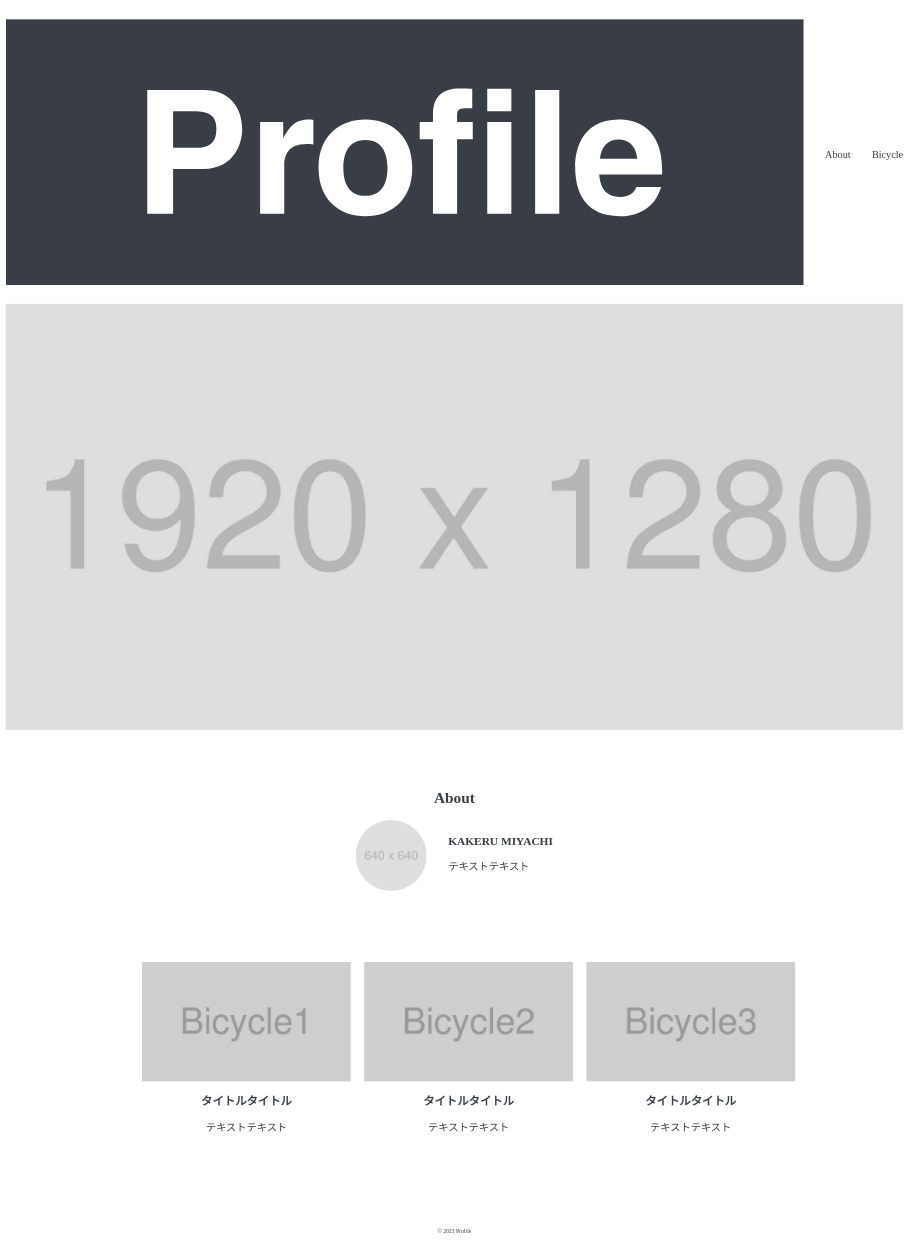
Repository: Fuki-san/bicycle
Page: http://localhost/profile
An editor plug-in stored every save of this project. The page is shown before and after the next save, followed by the edit.
The browser window is 1280 px wide. The pictures show the whole page, at 71% of full size.
The page is served by the project's Laravel application, run on PHP 8.4 with Laravel 10.

Above is the page before, as saved 2023-11-18 14:36:37.

After the next save:
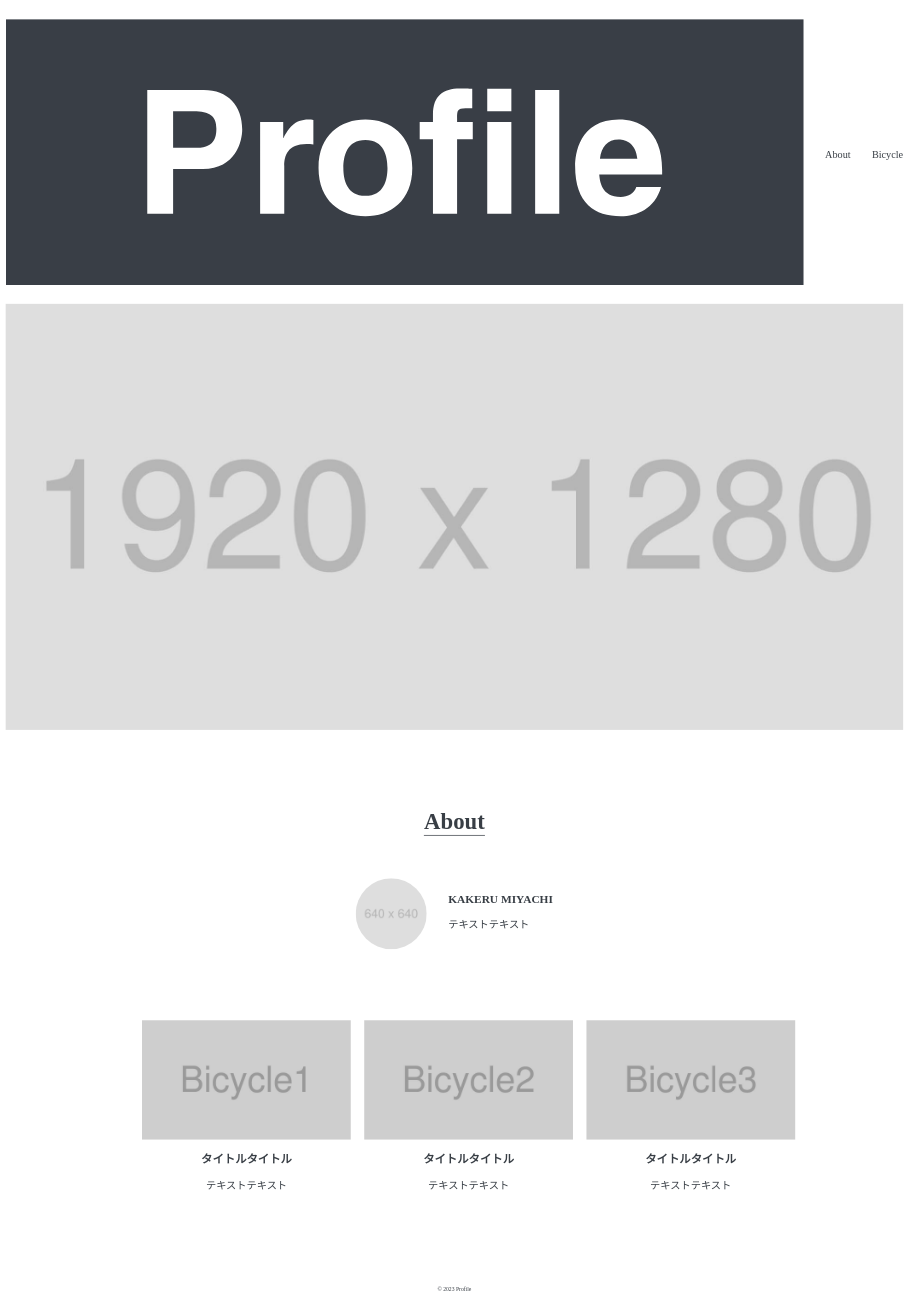
Saved 4 s later.
--- a/resources/views/bicycle.blade.php
+++ b/resources/views/bicycle.blade.php
@@ -19,7 +19,7 @@
         </div>
 
         <section id="about" class="wrapper">
-            <h2 class="">About</h2>
+            <h2 class="section-title">About</h2>
             <div class="content">
                 <img src="img/about.jpg">
                 <div class="text">
